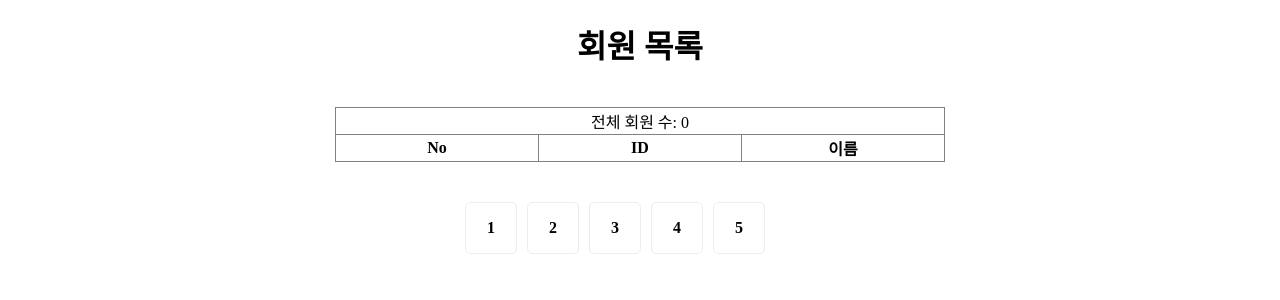
Repository: JaeYoon0935/lcom-servlet-jsp
Page: http://localhost/lcomputerstudy/user-list.do
An editor plug-in stored every save of this project. The page is shown before and after the next save, followed by the edit.
The browser window is 1280 px wide. The pictures show the whole page.
The page is served by Tomcat 9. Other server files are loaded and not shown. Queries for data that is not in the repository find no rows.

Above is the page before, as saved 2020-09-20 12:44:29.

### lcomputerstudy/WebContent/user/list.jsp
<%@ page language="java" contentType="text/html; charset=UTF-8"
    pageEncoding="UTF-8"%>
<%@ taglib prefix="c" uri="http://java.sun.com/jsp/jstl/core" %>
<!DOCTYPE html>
<html>
<head>
<meta charset="UTF-8">
<title>회원목록2</title>
</head>

<style>

	ul{
		width:400px;
		height:50px;
		margin:10px auto;
	}


	li{
		list-style:none;
		width:50px;
		line-height:50px;
		border:1px solid #ededed;
		float:left;
		text-align:center;
		margin:0 5px;
		border-radius:5px;
	}

	h1{
		text-align:center;
	}

	table{
		border-collapse:collapse;
		margin:40px auto;
	}

	table tr th{
		font-weight:700;
	}
	table tr td, table tr th{
		border:1px solid #818181;
		width:200px;
		text-align:center;
	}

	a{
		text-decoration:none;
		color:#000;
		font-weight:700;
	}

</style>
<body>
<h1>회원 목록</h1>

<table>
		<tr>
			<td colspan="3">전체 회원 수: ${usercount}</td>
		<tr>
			<th>No</th>
			<th>ID</th>
			<th>이름</th>
		</tr>
		<c:forEach items="${list}" var="item">
		<%-- 위에서 list를 user-list로 바꿀꺼 아니면 controller.java에 setAttribute값을 list로 해줘야함 --%>
			<tr>
				<td><a href="user-detail.do?u_idx=${item.u_idx}">${item.u_idx}</a></td>
				<td>${item.u_id}</td>
				<td>${item.u_name}</td>
			</tr>
		</c:forEach>
</table>
	<div>
		<ul>
			<li><a href="user-list.do?page=1">1</a></li>
			<li><a href="user-list.do?page=2">2</a></li>
			<li><a href="user-list.do?page=3">3</a></li>
			<li><a href="user-list.do?page=4">4</a></li>
			<li><a href="user-list.do?page=5">5</a></li>
		</ul>
	</div>
</body>
</html>

### lcomputerstudy/src/com/lcomputerstudy/testmvc/controller/Controller.java
package com.lcomputerstudy.testmvc.controller;

import java.io.IOException;
import java.util.ArrayList;

import javax.servlet.RequestDispatcher;
import javax.servlet.ServletException;
import javax.servlet.annotation.WebServlet;
import javax.servlet.http.HttpServlet;
import javax.servlet.http.HttpServletRequest;
import javax.servlet.http.HttpServletResponse;

import com.lcomputerstudy.testmvc.service.UserService;
import com.lcomputerstudy.testmvc.vo.Pagination;
import com.lcomputerstudy.testmvc.vo.User;

@WebServlet("*.do")
public class Controller extends HttpServlet{
	private static final long serialVersionUID = 1L;

	protected void doGet(HttpServletRequest request, HttpServletResponse response) throws ServletException, IOException {
		doPost(request, response);
	}

	protected void doPost(HttpServletRequest request, HttpServletResponse response) throws ServletException, IOException{

	String requestURI = request.getRequestURI();
	String contextPath = request.getContextPath();
	String command = requestURI.substring(contextPath.length());
	String view = null;
	int usercount = 0;
	int page =1;

	response.setContentType("text/html; charset=utf-8");
	request.setCharacterEncoding("utf-8");

	switch(command) {
	case "/user-list.do":

			String reqPage = request.getParameter("page");
			if(reqPage != null) {
				page = Integer.parseInt(reqPage);
			}

			UserService userService = UserService.getInstance();
			ArrayList<User> list = userService.getUsers(page);
			Pagination pagination = new Pagination(page);

			request.setAttribute("list", list);
			request.setAttribute("usercount", usercount);
			//블로그에는 key값이 user-list라고 되어있으나 , list.jsp에서 ${list}로 받으므로
			//key값을 list로 해줘야함.
			view = "user/list";
			break;

	case "/user-insert.do":
		view = "user/insert";
		break;
	case "/user-insert-process.do":
		User user = new User();
		user.setU_id(request.getParameter("id"));
		user.setU_pw(request.getParameter("password"));
		user.setU_name(request.getParameter("name"));
		user.setU_tel(request.getParameter("tel1" + "-" + request.getParameter("tel2")));
		user.setU_age(request.getParameter("age"));

		userService = UserService.getInstance();
		userService.insertUser(user);

		view = "user/insert-result";
		break;

	}

	RequestDispatcher rd = request.getRequestDispatcher(view+".jsp");
	rd.forward(request, response);
	}



}

### lcomputerstudy/src/com/lcomputerstudy/testmvc/service/UserService.java
package com.lcomputerstudy.testmvc.service;

import java.util.ArrayList;

import com.lcomputerstudy.testmvc.dao.UserDAO;
import com.lcomputerstudy.testmvc.vo.User;

public class UserService {

	private static UserService service = null;
	private static UserDAO dao = null;

	private UserService() {

	}

	public static UserService getInstance() {
		if(service == null) {
			service = new UserService();
			dao = UserDAO.getInstance();
		}
		return service;
	}

	public ArrayList<User> getUsers(int page) {
		return dao.getUsers(page);
	}

	public void insertUser(User user) {
		dao.insertUser(user);
	}

	public int getUsersCount() {
		return dao.getUsersCount();
	}


}

### lcomputerstudy/src/com/lcomputerstudy/testmvc/dao/UserDAO.java
package com.lcomputerstudy.testmvc.dao;

import java.sql.Connection;
import java.sql.PreparedStatement;
import java.sql.ResultSet;
import java.sql.SQLException;
import java.util.ArrayList;

import com.lcomputerstudy.testmvc.database.DBConnection;
import com.lcomputerstudy.testmvc.vo.User;


public class UserDAO {

	private static UserDAO dao = null;

	private UserDAO() {

	}

	public static UserDAO getInstance() {
		if(dao == null) {
			dao = new UserDAO();
		}
		return dao;
	}

	public ArrayList<User> getUsers(int page){
		Connection conn = null;
		PreparedStatement pstmt = null;
		ResultSet rs = null;
		ArrayList<User> list = null;
		int pageNum = (page-1)*3;

		try {
			conn = DBConnection.getConnection();
			String query = new StringBuilder()
					.append("SELECT    @ROWNUM:= @ROWNUM -1 AS ROWNUM,\n")
					.append("          ta.*\n")
					.append("FROM      user ta,\n")
					.append("          (SELECT @rownum := (SELECT COUNT(*)-?+1 FROM user ta)) tb\n")
					.append("LIMIT      ?, 3\n")
					.toString();
			pstmt = conn.prepareStatement(query);
			pstmt.setInt(1, pageNum);
			pstmt.setInt(2, pageNum);
			rs = pstmt.executeQuery();
			list = new ArrayList<User>();


			while(rs.next()) {
				User user = new User();
				user.setRownum(rs.getInt("ROWNUM"));
				user.setU_idx(rs.getInt("u_idx"));
				user.setU_id(rs.getString("u_id"));
				user.setU_name(rs.getString("u_name"));
				user.setU_tel(rs.getString("u_tel"));
				user.setU_age(rs.getString("u_age"));
				list.add(user);
			}


		} catch (Exception e) {

		} finally {
			try {
			if(rs != null)	rs.close();
			if(pstmt != null)	pstmt.close();
			if(conn != null)	conn.close();
			} catch(SQLException e) {
				e.printStackTrace();
			}
		}

		return list;
	}

	public void insertUser(User user) {
		Connection conn = null;
		PreparedStatement pstmt = null;

		try {
			conn = DBConnection.getConnection();
			String sql = "insert into user(u_id, u_pw, u_name, u_tel, u_age) values(?,?,?,?,?)";
			pstmt = conn.prepareStatement(sql);
			pstmt.setString(1, user.getU_id());
			pstmt.setString(2, user.getU_pw());
			pstmt.setString(3, user.getU_name());
			pstmt.setString(4, user.getU_tel());
			pstmt.setString(5, user.getU_age());
			pstmt.executeUpdate();
		} catch(Exception ex) {
			System.out.println("SQLException : "+ex.getMessage());
		} finally {
			try {
				if(pstmt != null) pstmt.close();
				if(conn != null) conn.close();
			} catch(SQLException e) {
			e.printStackTrace();
		    }
	    }
    }

	public int getUsersCount() {
		Connection conn = null;
		PreparedStatement pstmt = null;
		ResultSet rs = null;
		int count = 0;
		try {
			conn =DBConnection.getConnection();
			String query = "SELECT COUNT(*) count FROM user";
			pstmt = conn.prepareStatement(query);
			rs = pstmt.executeQuery();

			while(rs.next()) {
				count = rs.getInt("count");
			}


		}catch(Exception e) {

		} finally {
			try {
				if(rs != null) rs.close();
				if(pstmt != null) pstmt.close();
				if(conn != null) conn.close();
			} catch(SQLException e) {
				e.printStackTrace();
			}
		}
		return count;
	}
}

### lcomputerstudy/src/com/lcomputerstudy/testmvc/database/DBConnection.java
package com.lcomputerstudy.testmvc.database;

import java.sql.*;

public class DBConnection {

	public static Connection getConnection() throws SQLException, ClassNotFoundException{
		Connection conn = null;

		String url = "jdbc:mysql://localhost:3306/yyy";
		String id = "root";
		String pw = "1234";


		Class.forName("org.mariadb.jdbc.Driver");
		conn = DriverManager.getConnection(url, id, pw);

		return conn;
	}
}

### lcomputerstudy/src/com/lcomputerstudy/testmvc/vo/Pagination.java
package com.lcomputerstudy.testmvc.vo;

import com.lcomputerstudy.testmvc.service.UserService;


// 면접 때, 이 부분(페이징처리)에 대한 질문에 대해 설명을 잘 하지 못함.
public class Pagination {
	int userCount; //user테이블에 등록 된 총 user 수
	int page; //현재 페이지번호
	int pageNum; //userCount/page = 화면에 나타낼 user index번호
	int startPage; //paginatoin의 시작(ex 1, 6, 11)
	int endPage; //pagination의 끝(ex 5, 10, 15)
	int lastPage; //(userCount/화면에 표시할 갯수), pagination 마지막 번호
	int prevPage; //pagination의 이전 목록
	int nextPage; //pagination의 다음 목록
	public static final int pageUnit=5; // 한번에 불러 올 pagination 수
	public static final int perPage=3; //한번에 불러 올 userCount 수
	UserService userService =null;

	public Pagination() {

	}

	public Pagination(int page) {
	this.page = page;
	userService = UserService.getInstance();
	userCount = userService.getUsersCount();
	startPage = ((page-1)/pageUnit)*pageUnit+1;
	lastPage = (int)Math.ceil(userCount /(float)perPage);
	endPage = startPage+pageUnit-1;
	endPage = endPage < lastPage ? endPage : lastPage;
	prevPage=(endPage-pageUnit);
	nextPage=(startPage+pageUnit);


	}





}

After the next save:
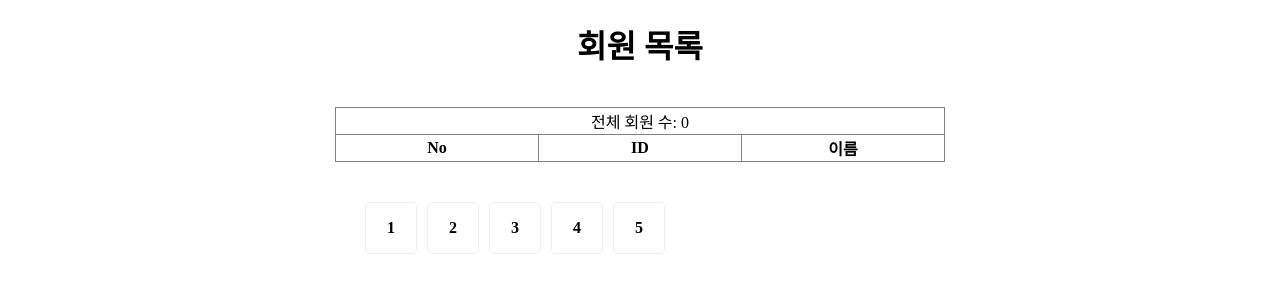
Saved 80 s later.
--- a/lcomputerstudy/WebContent/user/list.jsp
+++ b/lcomputerstudy/WebContent/user/list.jsp
@@ -11,7 +11,7 @@
 <style>
 
 	ul{
-		width:400px;
+		width:600px;
 		height:50px;
 		margin:10px auto;
 	}
@@ -40,6 +40,7 @@
 	table tr th{
 		font-weight:700;
 	}
+
 	table tr td, table tr th{
 		border:1px solid #818181;
 		width:200px;
